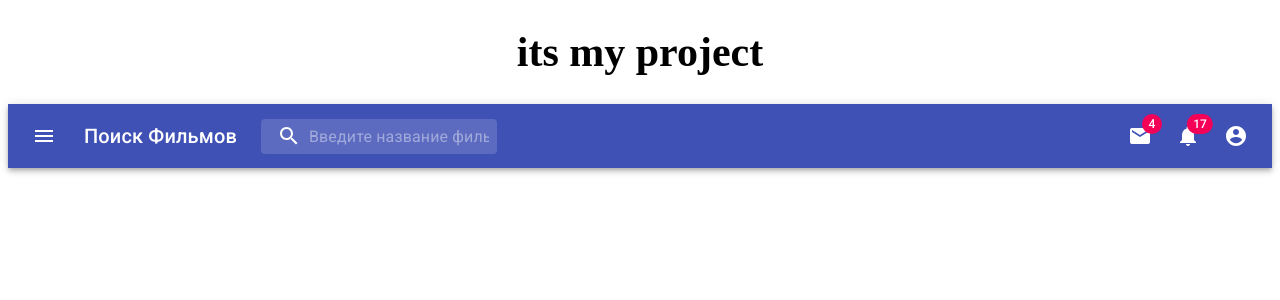
Repository: Hansol46/Films-archive
Page: /
The author's editor kept a copy of each file at every save. The page is drawn from the files as they stood at one save, then again after the next save.
The browser window is 1280 px wide. The pictures show the whole page.
The page's requests for data from a server got no answer. The project was rebuilt for these pictures with package versions that can differ from the ones it lists, and the page was loaded fresh each time. No one was signed in, and anything a server would have sent is missing. Also part of the build but not shown: webpack.config.js.

Above is the page before, as saved 2020-09-25 01:13:21.

### src/index.html
<!DOCTYPE html>
<html lang="en">
<head>
    <meta charset="UTF-8">
    <meta name="viewport" content="width=device-width, initial-scale=1.0">
    <title>Search Films</title>
    <link rel="stylesheet" href="https://fonts.googleapis.com/css?family=Roboto:300,400,500,700&display=swap" />
    <link rel="stylesheet" href="https://fonts.googleapis.com/icon?family=Material+Icons" />
</head>
<body>
    <div id='root'>

    </div>
</body>
</html>

### src/index.js
import React from 'react'
import ReactDOM from 'react-dom'
import App from './components/App'


ReactDOM.render(<App />, document.getElementById('root'))

### src/components/App.js
import React from 'react'
import '../styles/App.css'
import PrimarySearchAppBar from './material/nav'
import Search from './Search'


function App () {
    return (
        <div>
            <h1> its my project</h1>
            <PrimarySearchAppBar />
            <Search />
        </div>
    )
}

export default App

### src/styles/App.css
h1 {
    color: black;
    text-align: center;
    font-size: 42px;
}

### src/components/material/nav.js
import React from 'react';
import { fade, makeStyles } from '@material-ui/core/styles';
import AppBar from '@material-ui/core/AppBar';
import Toolbar from '@material-ui/core/Toolbar';
import IconButton from '@material-ui/core/IconButton';
import Typography from '@material-ui/core/Typography';
import InputBase from '@material-ui/core/InputBase';
import Badge from '@material-ui/core/Badge';
import MenuItem from '@material-ui/core/MenuItem';
import Menu from '@material-ui/core/Menu';
import MenuIcon from '@material-ui/icons/Menu';
import SearchIcon from '@material-ui/icons/Search';
import AccountCircle from '@material-ui/icons/AccountCircle';
import MailIcon from '@material-ui/icons/Mail';
import NotificationsIcon from '@material-ui/icons/Notifications';
import MoreIcon from '@material-ui/icons/MoreVert';

const useStyles = makeStyles((theme) => ({
  grow: {
    flexGrow: 1,
  },
  menuButton: {
    marginRight: theme.spacing(2),
  },
  title: {
    display: 'none',
    [theme.breakpoints.up('sm')]: {
      display: 'block',
    },
  },
  search: {
    position: 'relative',
    borderRadius: theme.shape.borderRadius,
    backgroundColor: fade(theme.palette.common.white, 0.15),
    '&:hover': {
      backgroundColor: fade(theme.palette.common.white, 0.25),
    },
    marginRight: theme.spacing(2),
    marginLeft: 0,
    width: '100%',
    [theme.breakpoints.up('sm')]: {
      marginLeft: theme.spacing(3),
      width: 'auto',
    },
  },
  searchIcon: {
    padding: theme.spacing(0, 2),
    height: '100%',
    position: 'absolute',
    pointerEvents: 'none',
    display: 'flex',
    alignItems: 'center',
    justifyContent: 'center',
  },
  inputRoot: {
    color: 'inherit',
  },
  inputInput: {
    padding: theme.spacing(1, 1, 1, 0),
    // vertical padding + font size from searchIcon
    paddingLeft: `calc(1em + ${theme.spacing(4)}px)`,
    transition: theme.transitions.create('width'),
    width: '100%',
    [theme.breakpoints.up('md')]: {
      width: '20ch',
    },
  },
  sectionDesktop: {
    display: 'none',
    [theme.breakpoints.up('md')]: {
      display: 'flex',
    },
  },
  sectionMobile: {
    display: 'flex',
    [theme.breakpoints.up('md')]: {
      display: 'none',
    },
  },
}));

export default function PrimarySearchAppBar() {
  const classes = useStyles();
  const [anchorEl, setAnchorEl] = React.useState(null);
  const [mobileMoreAnchorEl, setMobileMoreAnchorEl] = React.useState(null);

  const isMenuOpen = Boolean(anchorEl);
  const isMobileMenuOpen = Boolean(mobileMoreAnchorEl);

  const handleProfileMenuOpen = (event) => {
    setAnchorEl(event.currentTarget);
  };

  const handleMobileMenuClose = () => {
    setMobileMoreAnchorEl(null);
  };

  const handleMenuClose = () => {
    setAnchorEl(null);
    handleMobileMenuClose();
  };

  const handleMobileMenuOpen = (event) => {
    setMobileMoreAnchorEl(event.currentTarget);
  };

  const menuId = 'primary-search-account-menu';
  const renderMenu = (
    <Menu
      anchorEl={anchorEl}
      anchorOrigin={{ vertical: 'top', horizontal: 'right' }}
      id={menuId}
      keepMounted
      transformOrigin={{ vertical: 'top', horizontal: 'right' }}
      open={isMenuOpen}
      onClose={handleMenuClose}
    >
      <MenuItem onClick={handleMenuClose}>Profile</MenuItem>
      <MenuItem onClick={handleMenuClose}>My account</MenuItem>
    </Menu>
  );

  const mobileMenuId = 'primary-search-account-menu-mobile';
  const renderMobileMenu = (
    <Menu
      anchorEl={mobileMoreAnchorEl}
      anchorOrigin={{ vertical: 'top', horizontal: 'right' }}
      id={mobileMenuId}
      keepMounted
      transformOrigin={{ vertical: 'top', horizontal: 'right' }}
      open={isMobileMenuOpen}
      onClose={handleMobileMenuClose}
    >
      <MenuItem>
        <IconButton aria-label="show 4 new mails" color="inherit">
          <Badge badgeContent={4} color="secondary">
            <MailIcon />
          </Badge>
        </IconButton>
        <p>Messages</p>
      </MenuItem>
      <MenuItem>
        <IconButton aria-label="show 11 new notifications" color="inherit">
          <Badge badgeContent={11} color="secondary">
            <NotificationsIcon />
          </Badge>
        </IconButton>
        <p>Notifications</p>
      </MenuItem>
      <MenuItem onClick={handleProfileMenuOpen}>
        <IconButton
          aria-label="account of current user"
          aria-controls="primary-search-account-menu"
          aria-haspopup="true"
          color="inherit"
        >
          <AccountCircle />
        </IconButton>
        <p>Profile</p>
      </MenuItem>
    </Menu>
  );

  return (
    <div className={classes.grow}>
      <AppBar position="static">
        <Toolbar>
          <IconButton
            edge="start"
            className={classes.menuButton}
            color="inherit"
            aria-label="open drawer"
          >
            <MenuIcon />
          </IconButton>
          <Typography className={classes.title} variant="h6" noWrap>
            Поиск Фильмов
          </Typography>
          <div className={classes.search}>
            <div className={classes.searchIcon}>
              <SearchIcon />
            </div>
            <InputBase
              placeholder="Введите название фильма"
              classes={{
                root: classes.inputRoot,
                input: classes.inputInput,
              }}
              inputProps={{ 'aria-label': 'search' }}
            />
          </div>
          <div className={classes.grow} />
          <div className={classes.sectionDesktop}>
            <IconButton aria-label="show 4 new mails" color="inherit">
              <Badge badgeContent={4} color="secondary">
                <MailIcon />
              </Badge>
            </IconButton>
            <IconButton aria-label="show 17 new notifications" color="inherit">
              <Badge badgeContent={17} color="secondary">
                <NotificationsIcon />
              </Badge>
            </IconButton>
            <IconButton
              edge="end"
              aria-label="account of current user"
              aria-controls={menuId}
              aria-haspopup="true"
              onClick={handleProfileMenuOpen}
              color="inherit"
            >
              <AccountCircle />
            </IconButton>
          </div>
          <div className={classes.sectionMobile}>
            <IconButton
              aria-label="show more"
              aria-controls={mobileMenuId}
              aria-haspopup="true"
              onClick={handleMobileMenuOpen}
              color="inherit"
            >
              <MoreIcon />
            </IconButton>
          </div>
        </Toolbar>
      </AppBar>
      {renderMobileMenu}
      {renderMenu}
    </div>
  );
}

### src/components/Search.js
import React, { useEffect, useState } from 'react'

function Search() {

    const [state, setState] = useState([]);

    useEffect(() => {
        const APIurl = 'http://www.omdbapi.com/?i=tt3896198&apikey=480344f1'
        fetch(APIurl)
            .then(response => response.json())
            .then(json => setState(json))
    }, [])

    // http://www.omdbapi.com/?t=inception&y=&plot=short&r=json

    return(
        <div>
            {state.Title}
            <br></br>
            {state.Year}
            <br></br>
            <img src={state.Poster}/>
        </div>

    )


}
export default Search

After the next save:
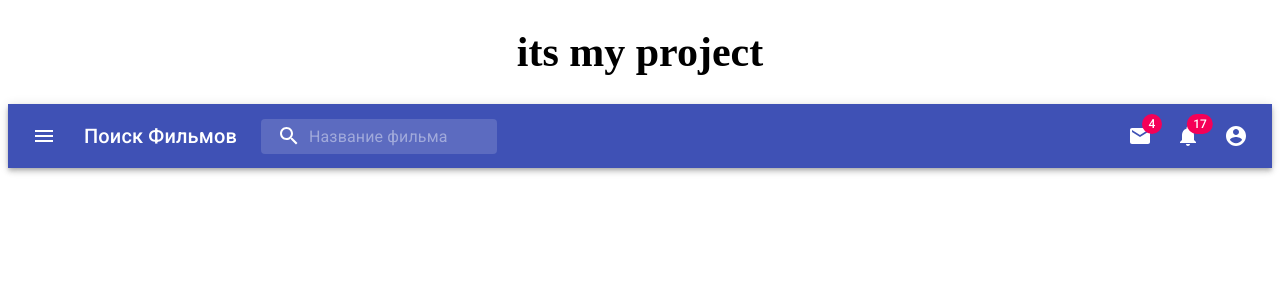
Saved 10 s later.
--- a/src/components/material/nav.js
+++ b/src/components/material/nav.js
@@ -181,7 +181,7 @@ export default function PrimarySearchAppBar() {
               <SearchIcon />
             </div>
             <InputBase
-              placeholder="Введите название фильма"
+              placeholder="Название фильма"
               classes={{
                 root: classes.inputRoot,
                 input: classes.inputInput,
